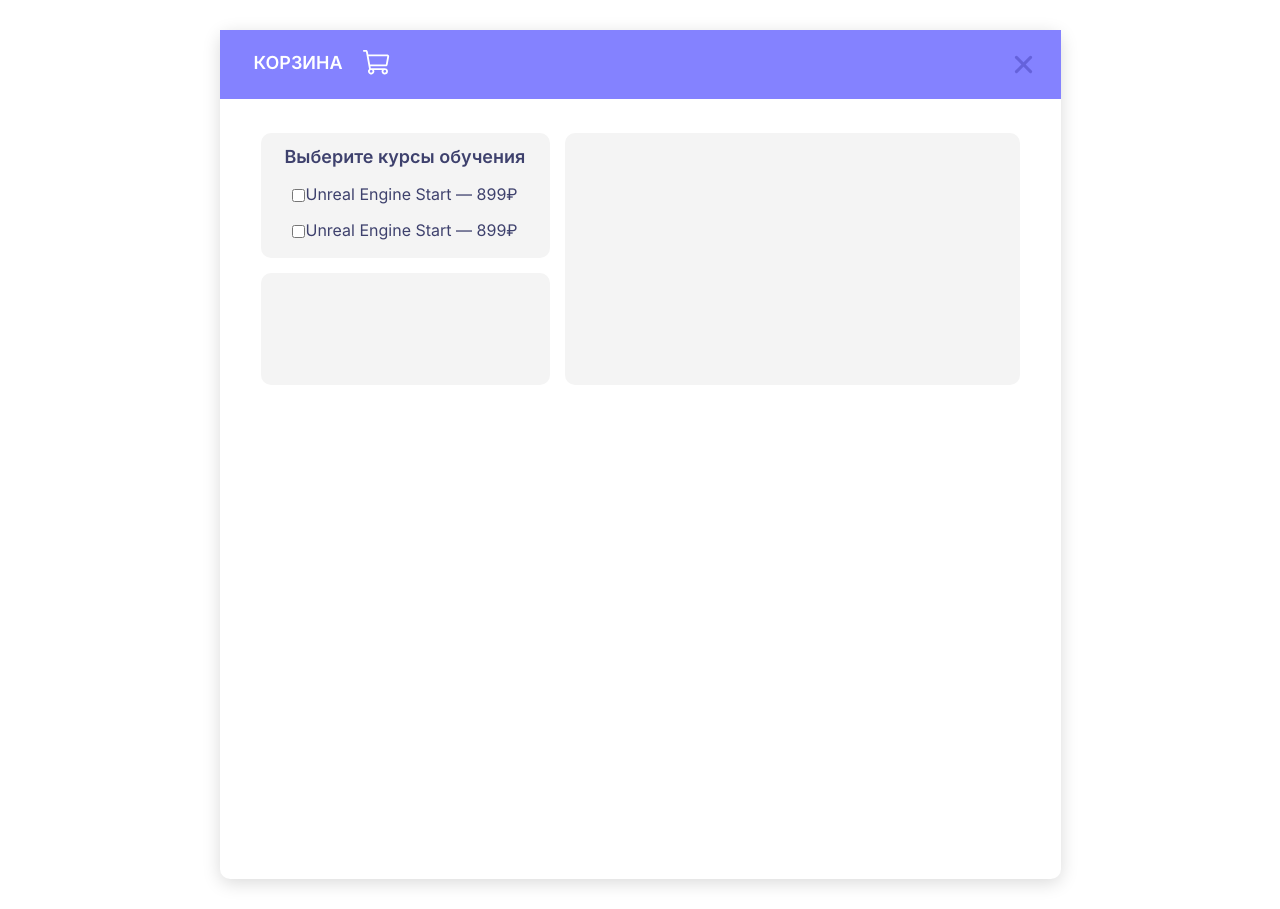
Repository: bek77g/unreal.academy
Page: basket.html
These files come from the project's save history. The page is drawn as it stood at one moment and after the next save; the edit follows.
The browser window is 1280 px wide. The pictures show the whole page.
The style sheet was rebuilt from its Sass, Less or Tailwind sources for each picture, by a compiler version that may differ from the author's.

Above is the page before, as saved 2021-05-05 16:50:28.

### basket.html
<!DOCTYPE html>
<html lang="en">
<head>
  <meta charset="UTF-8">
  <meta http-equiv="X-UA-Compatible" content="IE=edge">
  <meta name="viewport" content="width=device-width, initial-scale=1.0">
  <link rel="stylesheet" href="./src/css/style.css">
  <title></title>
</head>
<body>
    <main>
        <section class="basket">
            <div class="container">
                <div class="basket__card">
                    <div class="basket__header">
                        <div class="basket__logo">
                            <h3 class="basket__logo-title">КОРЗИНА</h3>
                            <div class="basket__logo-img">
                                <svg width="27" height="25" viewBox="0 0 27 25" fill="none" xmlns="http://www.w3.org/2000/svg">
                                    <path d="M24.6193 14.843L26.1041 6.67641C26.1516 6.41488 26.1411 6.1461 26.0734 5.88907C26.0056 5.63204 25.8822 5.39303 25.7119 5.18895C25.5415 4.98487 25.3285 4.8207 25.0877 4.70804C24.847 4.59538 24.5844 4.53699 24.3186 4.53699H5.29406L4.74012 1.49018C4.66427 1.07194 4.44395 0.693632 4.11763 0.421277C3.79131 0.148922 3.37971 -0.000178689 2.95468 1.60714e-07H0.907352C0.666707 1.60714e-07 0.435919 0.0956007 0.265757 0.265771C0.0955957 0.435941 0 0.666741 0 0.907398C0 1.14806 0.0955957 1.37886 0.265757 1.54903C0.435919 1.7192 0.666707 1.8148 0.907352 1.8148H2.95457L5.98319 18.4726C6.01027 18.6199 6.05549 18.7634 6.11782 18.8996C5.6648 19.2824 5.32806 19.7845 5.14574 20.3489C4.96343 20.9133 4.94283 21.5174 5.0863 22.0929C5.22976 22.6684 5.53154 23.1922 5.95744 23.605C6.38334 24.0178 6.91634 24.303 7.49602 24.4283C8.07571 24.5536 8.67891 24.5141 9.23728 24.3141C9.79564 24.1142 10.2868 23.7618 10.6552 23.297C11.0236 22.8322 11.2544 22.2734 11.3215 21.6841C11.3886 21.0948 11.2893 20.4985 11.0349 19.9628H18.9077C18.6129 20.5845 18.528 21.2851 18.6657 21.9593C18.8035 22.6335 19.1565 23.2446 19.6716 23.7008C20.1867 24.157 20.836 24.4336 21.5219 24.4888C22.2077 24.5441 22.8929 24.3751 23.4744 24.0072C24.0559 23.6393 24.5021 23.0926 24.746 22.4491C24.9899 21.8057 25.0182 21.1005 24.8267 20.4396C24.6352 19.7787 24.2342 19.1979 23.6841 18.7846C23.134 18.3713 22.4645 18.1479 21.7764 18.148H7.76863L7.43859 16.3332H22.8339C23.2589 16.3334 23.6705 16.1842 23.9968 15.9119C24.3231 15.6395 24.5434 15.2612 24.6193 14.843ZM9.5272 21.3239C9.5272 21.5931 9.44737 21.8562 9.29782 22.08C9.14827 22.3039 8.93571 22.4783 8.68701 22.5814C8.43832 22.6844 8.16466 22.7113 7.90064 22.6588C7.63663 22.6063 7.39412 22.4767 7.20378 22.2863C7.01343 22.0959 6.88381 21.8534 6.83129 21.5894C6.77878 21.3254 6.80573 21.0517 6.90874 20.803C7.01176 20.5543 7.1862 20.3417 7.41002 20.1922C7.63384 20.0426 7.89698 19.9628 8.16617 19.9628C8.52702 19.9632 8.87297 20.1067 9.12813 20.3619C9.38329 20.617 9.52681 20.963 9.5272 21.3239ZM23.1375 21.3239C23.1375 21.5931 23.0577 21.8562 22.9081 22.08C22.7586 22.3039 22.546 22.4783 22.2973 22.5814C22.0486 22.6844 21.7749 22.7113 21.5109 22.6588C21.2469 22.6063 21.0044 22.4767 20.8141 22.2863C20.6237 22.0959 20.4941 21.8534 20.4416 21.5894C20.3891 21.3254 20.416 21.0517 20.519 20.803C20.622 20.5543 20.7965 20.3417 21.0203 20.1922C21.2441 20.0426 21.5073 19.9628 21.7764 19.9628C22.1373 19.9632 22.4833 20.1067 22.7384 20.3619C22.9936 20.617 23.1371 20.963 23.1375 21.3239ZM5.62399 6.35179H24.3186L22.834 14.5184H7.10865L5.62399 6.35179Z" fill="white"/>
                                    </svg>
                            </div>
                        </div>
                        <div class="close-btn"></div>
                    </div>
                    <div class="basket__content">
                        <div class="basket__content-mcol">
                            <div class="basket__content-col">
                                <h4 class="basket__content-title">Выберите курсы обучения</h4>
                                <div class="checkbox basket__content-checkbox">
                                    <input type="checkbox" class="basket__checkbox">
                                    <label for=""><span class="basket__content-txt">Unreal Engine Start — 899₽</span></label>
                                </div>
                                <div class="checkbox basket__content-checkbox">
                                    <input type="checkbox" class="basket__checkbox">
                                    <label for=""><span class="basket__content-txt">Unreal Engine Start — 899₽</span></label>
                                </div>
                            </div>
                            <div class="basket__content-col"></div>
                        </div>
                        <div class="basket__content-mcol">
                            <div class="basket__content-col basket__content-col-second"></div>
                        </div>
                    </div>
                </div>
            </div>
        </section>
    </main>
</body>

### src/scss/style.scss
@import url(../fonts/inter/stylesheet.css);
@import "../libs/bs/bootstrap-grid.min.css";

* {
  margin: 0;
  padding: 0;
  box-sizing: border-box;
  scroll-behavior: smooth;
}

.container {
  max-width: 1240px;
}

$inter: "Inter", sans-serif;

@mixin text($ff, $ft, $fw, $fs, $lh, $cr) {
  font-family: $ff;
  font-style: $ft;
  font-weight: $fw;
  font-size: $fs;
  line-height: $lh;
  color: $cr;
}

a {
  text-decoration: none;
  outline: none;
}
ul {
  list-style: none;
}

.close-btn {
  width: 23px;
  position: relative;
  background: transparent;
  height: 3px;
  cursor: pointer;
  &::before {
    content: "";
    position: absolute;
    border-radius: 100px;
    width: 100%;
    height: 100%;
    background: #6562db;
    transform: rotate(45deg);
  }
  &::after {
    content: "";
    position: absolute;
    border-radius: 100px;
    width: 100%;
    height: 100%;
    background: #6562db;
    transform: rotate(-45deg);
  }
}
.checkbox {
  display: flex;
  justify-content: center;
  align-items: center;
}

@import "header";
@import "home";
@import "video";
@import "courses";
@import "features";
@import "devstart";
@import "exs";
@import "lector";
@import "certificate";
@import "challange";
@import "slider";
@import "basket";

### src/scss/header.scss
.header {
  position: absolute;
  background-color: #fff;
  width: 100%;
  height: 140px;
  &__nav {
    display: flex;
    margin-top: 48px;
    justify-content: space-between;
    align-items: center;
  }
  &__logo {
    @include text($inter, normal, normal, 13px, 25px, #8482ff);
    &-part {
      color: #3e416d;
    }
  }
  &__mnu {
    display: flex;
    margin-top: 3px;
    column-gap: 57px;
    &-item a {
      @include text($inter, normal, normal, 16px, 19px, #3e416d);
      &:nth-child(2) {
        color: #8482ff;
      }
    }
  }
  &__dropper {
    position: relative;
  }
  &__dropdown {
    position: absolute;
    background: #fff;
    border: 1px solid #8482ff;
    width: 150px;
    top: 20px;
    display: none;
  }
  &__dropdown li a {
    width: 100%;
  }
  &__dropdown li:first-child a {
    @include text($inter, normal, normal, 16px, 17px, #8482ff);
  }
  &__dropdown li:last-child a {
    @include text($inter, normal, normal, 16px, 17px, #ff9882);
  }
  &__dropper:active > ul {
    display: block;
  }
}

### src/scss/home.scss
.home {
  background: url(../images/home/homeBG.png) top center/100% 100% no-repeat;
  background-size: cover;
  max-width: 100%;
  height: 870px;
  display: flex;
  justify-content: center;
  align-items: center;
  &__title {
    @include text($inter, normal, bold, 60px, 73px, #fff);
    width: 70%;
    margin: 100px auto 0;
    text-align: center;
  }
  &__btns {
    text-align: center;
    margin-top: 65px;
    display: flex;
    justify-content: center;
    &-style {
      @include text($inter, normal, 600, 16px, none, #fff);
      width: 164px;
      height: 49px;
      border: none;
      outline: none;
      border-radius: 4px;
    }
    &-start {
      background-color: #8482ff;
      margin-right: 30px;
      cursor: pointer;
      transition: 0.3s;
      &:hover {
        background-color: #55539e;
      }
    }
    &-more {
      background-color: transparent;
      border: 2px solid #ffffff;
      cursor: pointer;
      transition: 0.3s;
      &:hover {
        background-color: #ffffff;
        border: none;
        color: #555555;
      }
    }
  }
}

### src/scss/video.scss
.video {
  &__block {
    height: 439px;
    width: 776px;
    position: relative;
    background: url(../images/home/videoBOX.png) no-repeat;
    filter: drop-shadow(0px 4px 120px rgba(0, 0, 0, 9)),
      drop-shadow(0px 15px 29px rgba(0, 0, 0, 9));
    border-radius: 10px;
    margin: -104px auto 70px;
  }
  &__playbtn {
    display: inline-block;
    position: absolute;
    filter: drop-shadow(0px 4px 120px rgba(0, 0, 0, 0.1)),
      drop-shadow(0px 15px 29px rgba(0, 0, 0, 0.15));
    width: 114.1px;
    height: 114.1px;
    border-radius: 50%;
    font-size: 0;
    background-color: #fff;
    color: transparent;
    bottom: 105px;
    left: 50%;
    transform: translate(-50%, -50%);
    transition: 0.2s;
    cursor: pointer;
    img {
      width: 33px;
      height: 33px;
      margin: 40px 42px;
    }
  }
  &__arrow {
    width: 71px;
    height: 71px;
    margin: 0 auto;
    border-radius: 5px;
    display: block;
    padding-top: 11px;
    padding-left: 19px;
    background-color: #ff9882;
    filter: drop-shadow(0px 15px 30px rgba(255, 152, 130, 0.48));
  }
}

### src/scss/courses.scss
.courses {
  padding: 47px 0 109px;
  &__title {
    @include text($inter, normal, bold, 40px, 48px, #3e416d);
    text-align: center;
    margin-bottom: 23px;
  }
  &__col {
    margin: 40px 6.2px 0;
    height: 85%;
    padding: 17px 60px 17px 25px;
    background-color: #e7e7ff;
    border-radius: 10px;
    &-number {
      width: 82px;
      height: 60px;
      background-color: #8482ff;
      border-radius: 10px;
      margin-bottom: 25px;
    }
    &-title {
      @include text($inter, normal, bold, 40px, 63px, #fff);
      text-align: center;
    }
    &-subtitle {
      @include text($inter, normal, normal, 16px, 19px, #3e416d);
      opacity: 0.8;
    }
  }
}

### src/scss/features.scss
.features {
  padding-bottom: 74px;
  position: relative;
  overflow: hidden;
  &::before {
    content: "";
    background: url(../images/features/bfF.svg) top center/100% 100% no-repeat;
    width: 100%;
    height: 100%;
    position: absolute;
    top: 25%;
    right: 0;
    z-index: -1;
    bottom: -70px;
  }
  &__title {
    @include text($inter, normal, bold, 40px, 48px, #3e416d);
    width: 50%;
    margin: 0 auto;
    text-align: center;
    margin-bottom: 33px;
  }
  &__row {
    text-align: center;
    width: 93%;
    margin: 0 auto;
  }
  &__hr {
    width: 13%;
    height: 4px;
    margin: 0 auto;
    background: #8482ff;
  }
  &__mcol {
    margin-top: 47px;
    display: flex;
    justify-content: space-around;
  }
  &__col {
    padding: 38px 25px 35px;
    margin-right: 10px;
    border: 1px solid rgb(0, 0, 0);
    border-radius: 10px;
    text-align: center;
    background: #ffffff;
    &:nth-child(2) {
      padding: 37.5px 25px 35px;
    }
    &:nth-child(3) {
      padding: 37.5px 25px 35px;
    }
    &:nth-child(4) {
      padding: 37.4px 25px 35px;
    }
  }
  &__mcol &__col &__card-title {
    @include text($inter, normal, 600, 18px, 22px, #3e416d);
    margin: 18px 0 15px;
    color: #3e416d;
    &:nth-child(2) {
      margin: 17.5px 0 15px;
    }
    &:nth-child(3) {
      margin: 17.4px 0 15px;
    }
    &:nth-child(4),
    &:nth-child(5) {
      margin: 16px 0 15px;
    }
  }
  &__card-subtitle {
    @include text($inter, normal, normal, 16px, 19px, #3e416d);
    margin-top: 10px;
    opacity: 0.8;
  }
}

### src/scss/exs.scss
.exs {
  padding-top: 110px;
  height: 740px;
  background: #3e416d;
  &__title {
    @include text($inter, normal, bold, 40px, 48px, #fff);
    text-align: center;
    margin-bottom: 113.9px;
  }
  &__row {
    display: flex;
    justify-content: space-between;
  }
  &__mcol {
    position: relative;
  }
  &__mcol:first-child &__col img {
    top: 5.5px;
  }
  &__mcol:nth-child(2) &__col img {
    top: 10px;
  }
  &__mcol:nth-child(3) &__col img {
    top: 1px;
  }
  &__mcol:nth-child(4) &__col img {
    top: 15px;
  }
  &__mcol:nth-child(5) &__col img {
    top: 1px;
  }
  &__col img {
    z-index: 3;
    transition: 0.3s;
    position: absolute;
  }
  &__col {
    background: rgba(132, 130, 255, 0.23);
    border: 4px solid #8482ff;
    width: 100%;
    height: 197px;
    display: inline-flex;
    align-items: center;
    justify-content: center;
    border-radius: 46px;
    position: relative;
    padding-top: 50%;
    transition: 0.5s;
    z-index: 1;
    &:hover {
      transform: scale(1.2);
      padding: 50% 15px 0;
      width: 104%;
      background: #8482ff;
      border-radius: 46px;
      height: 110%;
      transition: 0.3s;
      img {
        transform: scale(0.9);
        transition: 0.5s;
      }
      .exs__hidtext {
        margin-top: 105px;
        color: #fff;
      }
      .exs__hidsub {
        color: #fff;
      }
      .exs__descrs {
        color: #8482ff;
      }
    }
  }
  &__hidtext {
    @include text($inter, normal, 600, 16px, 22px, transparent);
    transition: 0.3s;
    text-align: center;
  }
  &__hidsub {
    @include text($inter, normal, normal, 12px, 17px, transparent);
    transition: 0.3s;
    text-align: center;
    margin: 10px 0 10px;
    opacity: 0.8;
  }
  &__descrs {
    @include text($inter, normal, 600, 18px, 22px, #fff);
    text-align: center;
    top: 200px;
    width: 100%;
    position: absolute;
    left: 50%;
    transform: translateX(-50%);
    margin-top: 40px;
    color: #ffffff;
  }
}

### src/scss/lector.scss
.lector {
  padding: 80px 0 60px;
  background: #3e416d;
  text-align: center;
  &__title {
    @include text($inter, normal, bold, 40px, 48px, #fff);
    text-align: center;
    margin-bottom: 179px;
    &-part {
      color: #8482ff;
    }
  }
  &__face {
    position: relative;
    z-index: 1;
  }
  &__content {
    width: 90%;
    margin: 0 auto;
    display: flex;
    justify-content: center;
    align-items: center;
  }
  &__first {
    width: 33%;
    text-align: end;
    margin-top: -60px;
    margin-right: 30px;
    .lector__descrs:first-child {
      width: 174px;
    }
    .lector__descrs:nth-child(2) {
      margin-right: 48px;
      width: 280px;
    }
    .lector__descrs:nth-child(3) {
      width: 250px;
    }
  }
  &__second {
    width: 33%;
    text-align: center;
    margin-top: -60px;
    margin-left: 30px;
    .lector__descrs:first-child {
      margin-right: 110px;
      width: 214px;
    }
    .lector__descrs:nth-child(2) {
      margin-left: 52px;
      width: 272px;
    }
    .lector__descrs:nth-child(3) {
      width: 252px;
    }
  }
  &__eclipse {
    position: absolute;
    bottom: 64%;
    left: 50%;
    z-index: -1;
    transform: translateX(-50%);
    width: 452.95px;
    height: 208.23px;
    &::before {
      position: absolute;
      content: url(../images/lector/Ellipse31.svg);
      left: -23px;
      top: 25px;
    }
    &::after {
      position: absolute;
      content: url(../images/lector/Ellipse32.svg);
      top: 25px;
      left: -20px;
    }
    &-part {
      position: absolute;
      width: 452.95px;
      height: 208.23px;
      top: 60%;
      border-radius: 50%;
      border: 4.44944px solid #8482ff;
    }
    &-partcircle {
      position: absolute;
      width: 27.59px;
      height: 27.59px;
      right: 0;
      top: 50px;
      border-radius: 50%;
      background: #8482ff;
      &::before {
        content: "";
        position: absolute;
        width: 18.69px;
        height: 18.69px;
        top: 180px;
        border-radius: 50%;
        border: 0.889888px solid #8482ff;
      }
    }
    &-partcircle2 {
      position: absolute;
      width: 27.59px;
      height: 27.59px;
      border-radius: 50%;
      left: 40px;
      top: -12px;
      border: 4.44944px solid #8482ff;
      &::before {
        content: "";
        position: absolute;
        width: 19.69px;
        height: 19.69px;
        top: 284px;
        left: 47.6px;
        border-radius: 50%;
        background: #8482ff;
      }
    }
  }
  &__descrs {
    @include text($inter, normal, 600, 16px, 19px, #3e416d);
    display: inline-block;
    text-align: center;
    padding: 10px 14px;
    background: #ff9882;
    border-radius: 42px;
    width: 100%;
    height: 100%;
    margin-bottom: 25px;
  }
  &__socs {
    margin: 65.7px auto 0;
    width: 76px;
  }
  &__socs a {
    cursor: pointer;
  }
  &__name {
    @include text($inter, normal, 600, 30px, 36px, #ffffff);
    margin-top: 13.4px;
  }
  &__review {
    @include text($inter, normal, normal, 16px, 19px, #ffffff);
    margin-top: 13px;
    opacity: 0.8;
  }
}

### src/scss/certificate.scss
.certificate {
  padding: 60px 0 57px;
  background: #3e416d;
  &__row {
    display: flex;
    align-items: center;
    justify-content: center;
  }
  &__col {
    text-align: center;
    &:last-child {
      margin-bottom: 60px;
    }
  }
  &__cert {
    width: 416px;
    height: 555px;
  }
  &__title {
    @include text($inter, normal, bold, 40px, 48px, #fff);
    text-align: start;
  }
  &__des {
    @include text($inter, normal, normal, 18px, 22px, #fff);
    margin: 30px 0 36px;
    text-align: start;
  }
  &__get {
    margin-right: 56px;
  }
  &__sub {
    display: flex;
    &-title {
      @include text($inter, normal, 600, 18px, 22px, #fff);
      margin-bottom: 19px;
    }
    &-cov {
      @include text($inter, normal, normal, 16px, 19px, #fff);
    }
  }
  &__courses {
    margin-top: 10px;
    margin-left: 19px;
  }
  &__course {
    text-align: start;
    text-decoration-line: underline;
    position: relative;
    cursor: pointer;
    &:before {
      content: "·";
      position: absolute;
      font-size: 96px;
      bottom: 3px;
      left: -25px;
    }
  }
  &__courses a:first-child &__course {
    @include text($inter, normal, normal, 14px, 17px, #8482ff);
  }
  &__course:last-child {
    @include text($inter, normal, normal, 14px, 17px, #ff9882);
  }
}

### src/scss/challange.scss
.challange {
  padding: 57px 0 60px;
  background: #3e416d;
  &__box {
    padding: 60px 130px;
    background: #525794;
    border: 2px solid #8482ff;
    box-sizing: border-box;
    border-radius: 20px;
  }
  &__col {
    display: flex;
    align-items: center;
    justify-content: center;
    padding-right: 70px;
  }
  &__title {
    @include text($inter, normal, bold, 40px, 48px, #fff);
    margin-bottom: 40px;
    text-align: stert;
  }
  &__sub {
    display: flex;
  }
  &__fond {
    margin-right: 66px;
  }
  &__optxt {
    @include text($inter, normal, normal, 18px, 22px, #fff);
    opacity: 0.5;
    margin-bottom: 11px;
  }
  &__txt {
    @include text($inter, normal, bold, 30px, 36px, #fff);
    margin-bottom: 38px;
  }
  &__prises {
    display: flex;
    justify-content: space-between;
    margin-bottom: 43px;
    &-boxes {
      @include text($inter, normal, bold, 21.5548px, 26px, #fff);
      padding: 10.8px 16px;
      border-radius: 14.3698px;
      width: 190.4px;
      height: 100%;
      &:first-child {
        background: #ff9882;
        box-shadow: 0px 10.0589px 22.9918px -7.18492px rgba(255, 152, 130, 0.5);
      }
      &:nth-child(2) {
        background: #a5a5b5;
        box-shadow: 0px 10.0589px 22.9918px -7.18492px rgba(165, 165, 181, 0.5);
      }
      &:last-child {
        background: #ac8f73;
        box-shadow: 0px 10.0589px 22.9918px -7.18492px rgba(172, 143, 115, 0.5);
      }
    }
    &-txt {
      @include text($inter, normal, normal, 12.9329px, 16px, #fff);
      opacity: 0.5;
    }
  }
  &__btn {
    @include text($inter, normal, 600, 16px, 19px, #fff);
    width: 182px;
    height: 49px;
    border: none;
    outline: none;
    background: #8482ff;
    border-radius: 4px;
    cursor: pointer;
    &:hover {
      background: #4d4c92;
    }
  }
}

### src/scss/slider.scss
.slider {
  padding: 60px;
  background: #3e416d;
  &__title {
    @include text($inter, normal, bold, 40px, 48px, #fff);
    text-align: center;
  }
}

### src/scss/basket.scss
.basket {
  display: flex;
  align-items: center;
  justify-content: center;
  padding: 30px;
  &__card {
    width: 841px;
    height: 849px;
    margin: 0 auto;
    background: #ffffff;
    box-shadow: 0px 4px 18px rgba(0, 0, 0, 0.15);
    border-radius: 10px;
  }
  &__header {
    padding: 0 25.5px 0 34px;
    width: 100%;
    height: 69px;
    display: flex;
    justify-content: space-between;
    align-items: center;
    background: #8482ff;
  }
  &__logo {
    display: flex;
    &-title {
      @include text($inter, normal, 600, 18px, 26px, #fff);
      text-align: center;
      text-transform: uppercase;
      margin-right: 20px;
    }
  }
  &__content {
    height: 780px;
    width: 100%;
    padding: 34px 41px;
    display: flex;
    &-mcol:first-child {
      width: 289px;
      margin-right: 15px;
    }
    &-mcol:last-child {
      width: 455px;
    }
    &-title {
      @include text($inter, normal, 600, 18px, 22px, #3e416d);
    }
    &-checkbox {
      margin-top: 18px;
      &:last-child {
        margin-top: 18px;
      }
    }
    &-txt {
      @include text($inter, normal, normal, 16px, 0, #3e416d);
    }
    &-col {
      background: #f4f4f4;
      padding: 13px 24px;
      border-radius: 10px;
      width: 100%;
      height: 125px;
      margin-bottom: 15px;
      &:nth-child(2) {
        height: 112px;
        padding: 15px 102px 15px 20px;
      }
      &-second {
        margin: 0;
        padding: 13px 15px 22px 20px;
        height: 252px;
      }
    }
  }
}

Loaded but not shown: src/fonts/inter/stylesheet.css (common file); src/libs/bs/bootstrap-grid.min.css (library); src/scss/devstart.scss (164 lines, source omitted)

After the next save:
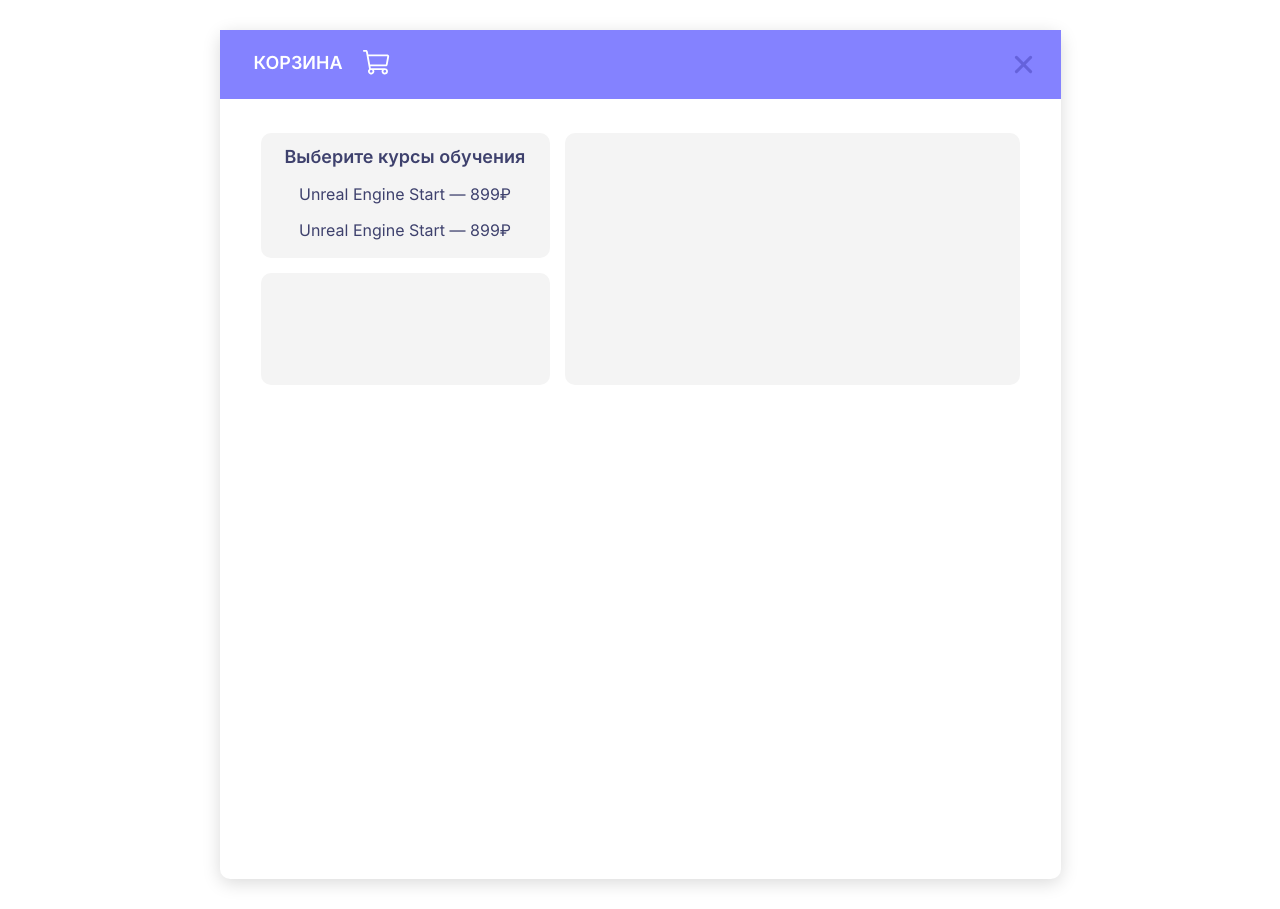
Saved 2 min 48 s later.
--- a/src/scss/basket.scss
+++ b/src/scss/basket.scss
@@ -71,4 +71,7 @@
       }
     }
   }
+  &__checkbox {
+    display: none;
+  }
 }
